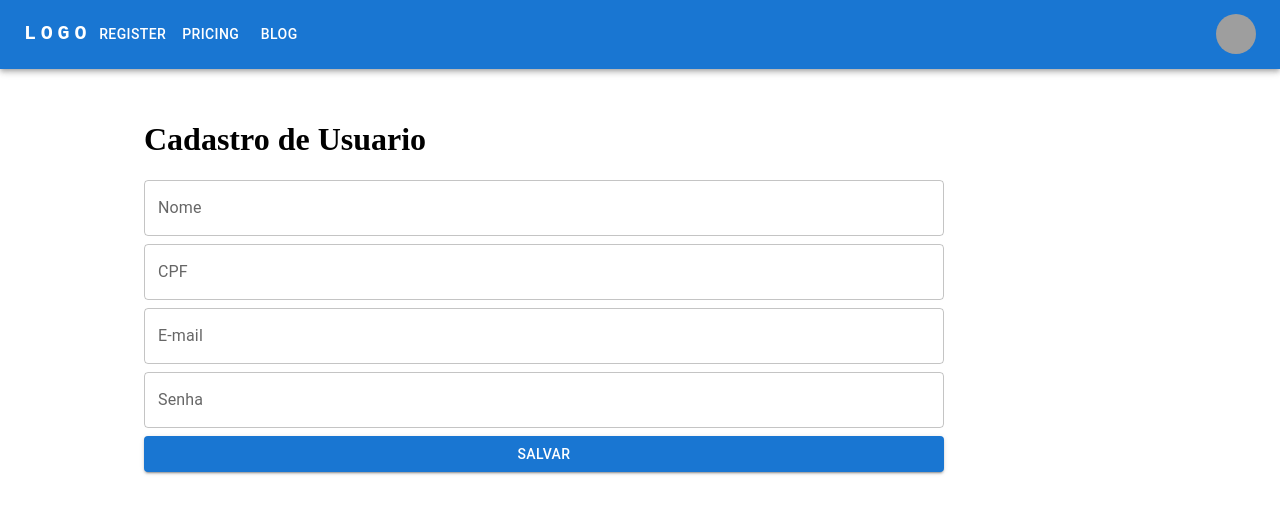
Repository: GabrielLeao02/sistema-react
Page: /register
The author's editor kept a copy of each file at every save. The page is drawn from the files as they stood at one save, then again after the next save.
The browser window is 1280 px wide. The pictures show the whole page.
Pictures or frames that could not be fetched are drawn as grey boxes. The project was rebuilt for these pictures with package versions that can differ from the ones it lists, and the page was loaded fresh each time. Also part of the build but not shown: src/presenter/home/home.tsx.

Above is the page before, as saved 2023-07-24 15:00:56.

After the next save:
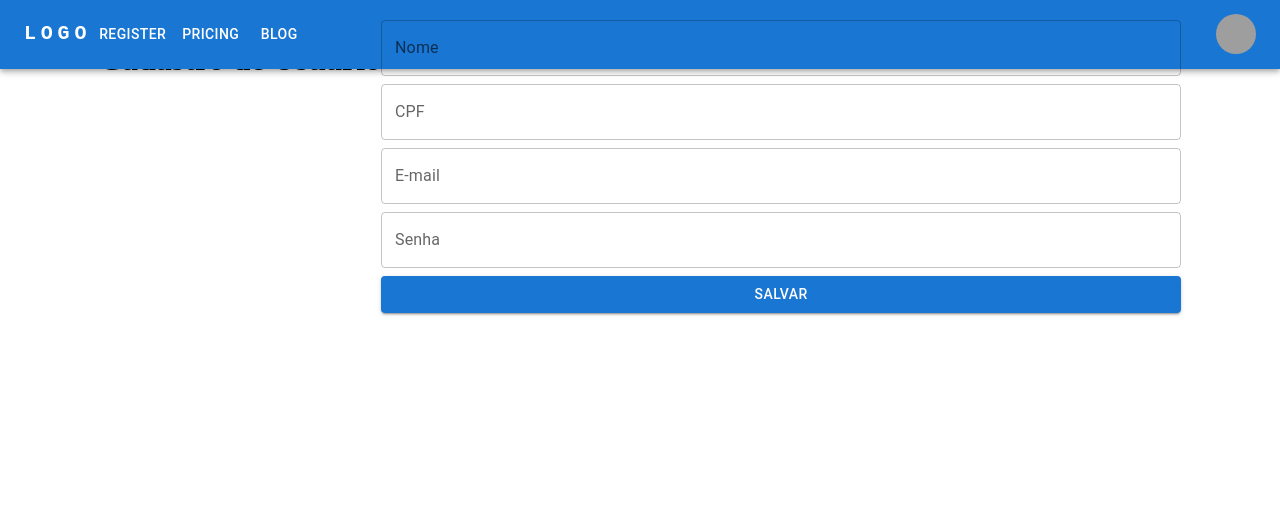
Saved 47 s later.
--- a/src/presenter/register/register.tsx
+++ b/src/presenter/register/register.tsx
@@ -27,10 +27,10 @@
     return (
         <>
 
-            <ContainerStyled>
+
                 <h1>Cadastro de Usuario</h1>
                 <FormUser />
-            </ContainerStyled>
+
         </>
     )
 }

After the save that followed:
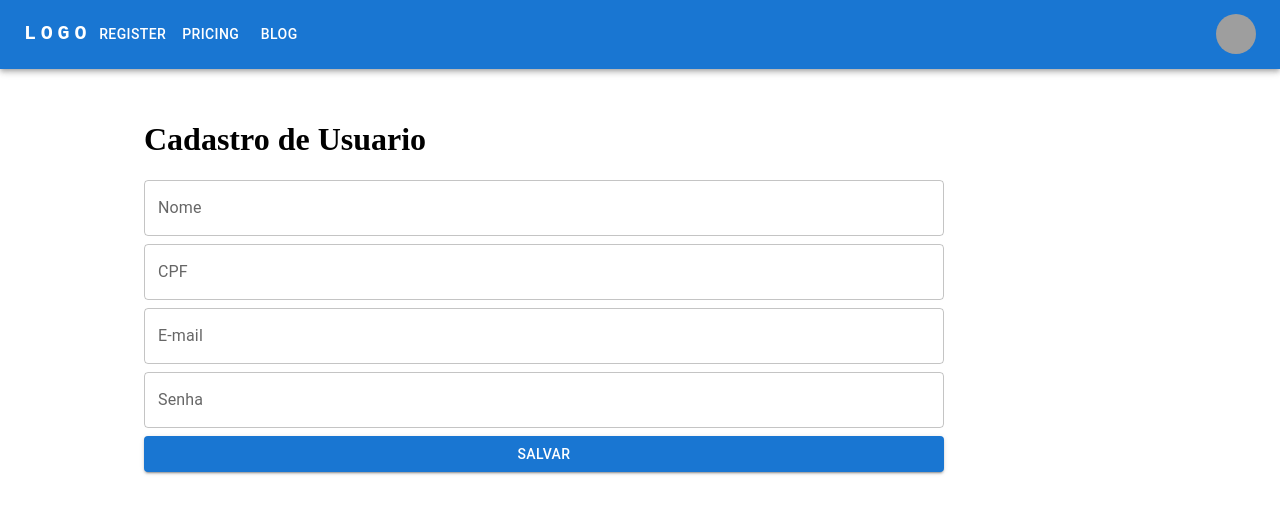
Saved 10 s later.
--- a/src/presenter/register/register.tsx
+++ b/src/presenter/register/register.tsx
@@ -27,10 +27,10 @@
     return (
         <>
 
-
+            <ContainerStyled>
                 <h1>Cadastro de Usuario</h1>
                 <FormUser />
-
+            </ContainerStyled>
         </>
     )
 }
